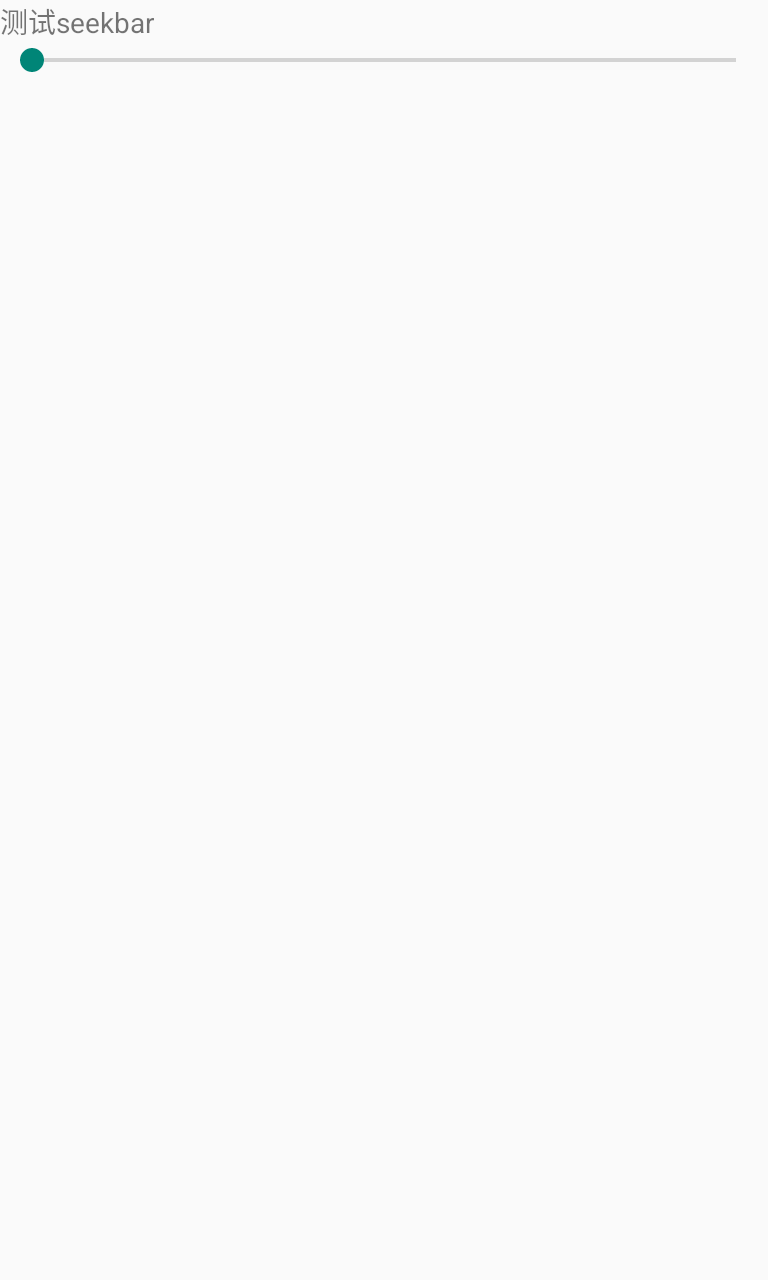
Repository: santhu2208/android
Layout: spinner/res/layout/activity_seek_bar.xml
The author's editor kept a copy of each file at every save. The layout is drawn from the files as they stood at one save, then again after the next save.
It is drawn on a 768 x 1280 px phone screen (xhdpi) without system bars, with theme AppTheme; the app's code is not run.

Above is the layout before, as saved 2014-05-16 06:52:15.

After the next save:
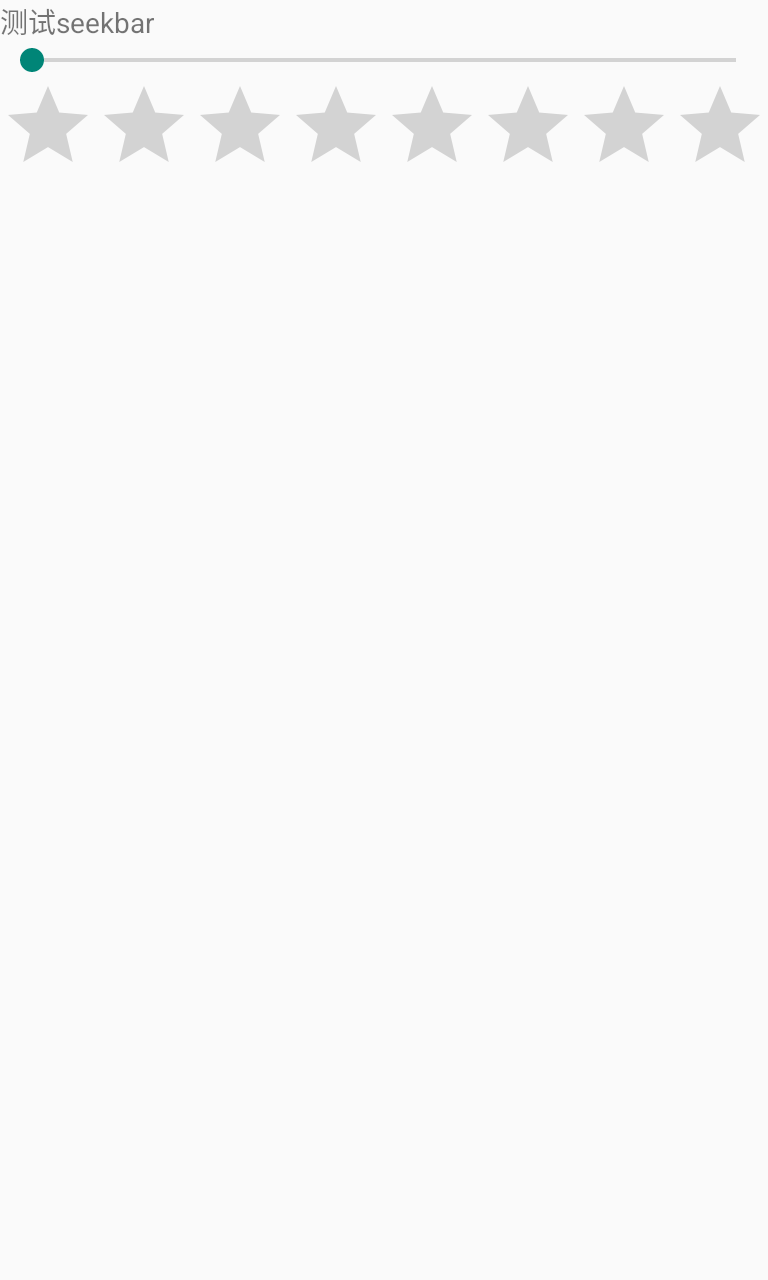
Saved 15 min 6 s later.
--- a/spinner/res/layout/activity_seek_bar.xml
+++ b/spinner/res/layout/activity_seek_bar.xml
@@ -9,11 +9,20 @@
         android:layout_width="wrap_content"
         android:layout_height="wrap_content"
         android:text="测试seekbar" />
+
     <SeekBar
         android:id="@+id/mySeekBar"
-        android:layout_below="@id/view"
         android:layout_width="fill_parent"
         android:layout_height="wrap_content"
-        android:max="100"/>
+        android:layout_below="@id/view"
+        android:max="100" />
+
+    <RatingBar
+        android:id="@+id/myRatingBar"
+        android:layout_width="fill_parent"
+        android:layout_height="wrap_content"
+        android:layout_below="@id/mySeekBar"
+        android:numStars="5"
+        android:stepSize="1.0" />
 
 </RelativeLayout>
